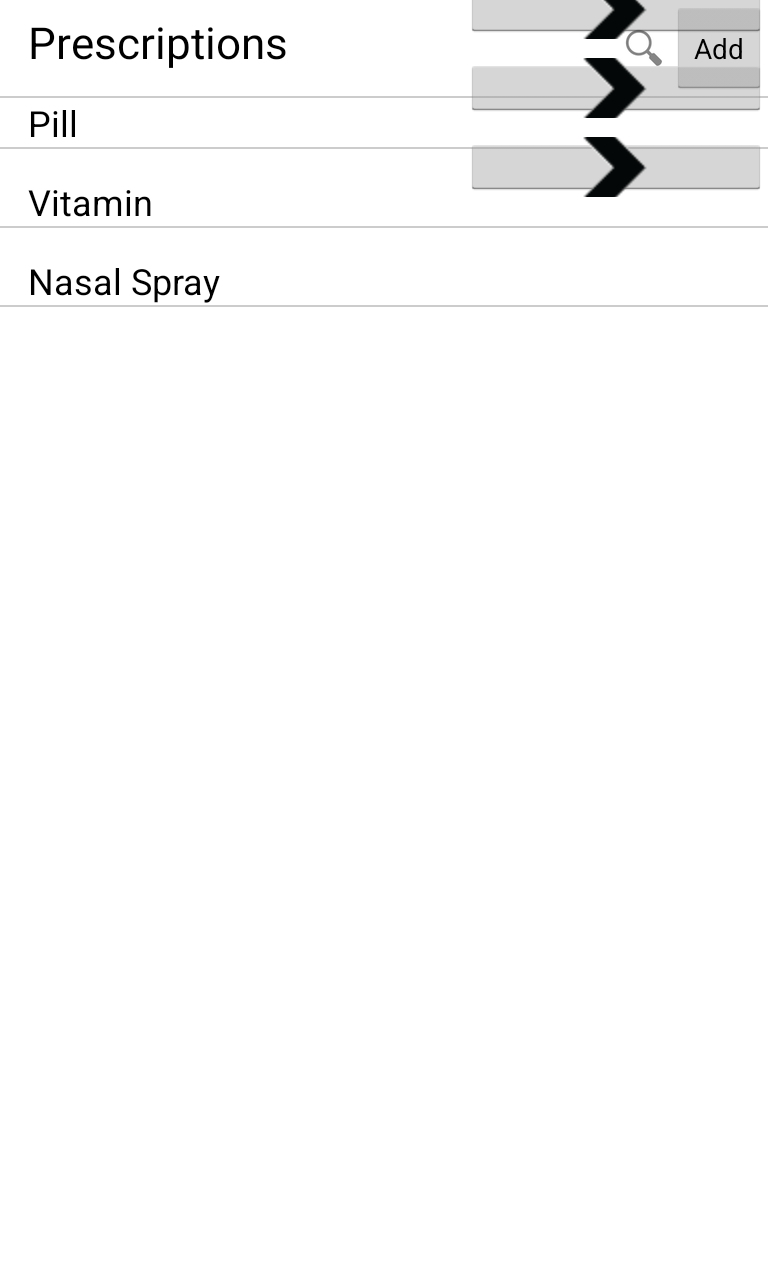
Repository: ranika/pilltracker
Layout: PillTracker/res/layout/fragment_prescription.xml
The author's editor kept a copy of each file at every save. The layout is drawn from the files as they stood at one save, then again after the next save.
It is drawn on a 768 x 1280 px phone screen (xhdpi) without system bars, with theme AppTheme; the app's code is not run.

Above is the layout before, as saved 2014-04-10 03:50:54.

### PillTracker/res/layout/fragment_prescription.xml
<RelativeLayout xmlns:android="http://schemas.android.com/apk/res/android"
    android:layout_width="fill_parent"
    android:layout_height="fill_parent" >

    <Button
        android:id="@+id/button1"
        style="?android:attr/buttonStyleSmall"
        android:layout_width="wrap_content"
        android:layout_height="wrap_content"
        android:layout_alignParentRight="true"
        android:layout_alignParentTop="true"
        android:text="@string/add" />

    <View
        android:id="@+id/view1"
        android:layout_width="fill_parent"
        android:layout_height="1dp"
        android:layout_alignParentLeft="true"
        android:layout_below="@+id/button1"
        android:background="@color/black"
        android:paddingTop="20dp" />

    <SearchView
        android:id="@+id/searchView1"
        android:layout_width="wrap_content"
        android:layout_height="wrap_content"
        android:layout_alignParentRight="true"
        android:layout_alignParentTop="true"
        android:layout_marginRight="34dp" >
    </SearchView>

    <View
        android:layout_width="fill_parent"
        android:layout_height="1dp"
        android:layout_alignParentLeft="true"
        android:layout_below="@+id/textView1"
        android:background="@color/black"
        android:paddingTop="20dp" />

    <TextView
        android:id="@+id/textView2"
        android:layout_width="wrap_content"
        android:layout_height="wrap_content"
        android:layout_alignBaseline="@+id/button1"
        android:layout_alignBottom="@+id/button1"
        android:layout_alignLeft="@+id/textView1"
        android:text="@string/prescriptions"
        android:textAppearance="?android:attr/textAppearanceLarge" />

    <TextView
        android:id="@+id/textView1"
        android:layout_width="wrap_content"
        android:layout_height="wrap_content"
        android:layout_alignParentLeft="true"
        android:layout_below="@+id/view1"
        android:layout_marginLeft="14dp"
        android:text="@string/pill"
        android:textAppearance="?android:attr/textAppearanceMedium" />

    <Button
        android:id="@+id/button2"
        android:layout_width="wrap_content"
        android:layout_height="30dp"
        android:layout_alignBaseline="@+id/textView1"
        android:layout_alignBottom="@+id/textView1"
        android:layout_alignParentRight="true"
        android:drawableRight="@drawable/arrow_right" />

    <TextView
        android:id="@+id/textView3"
        android:layout_width="wrap_content"
        android:layout_height="wrap_content"
        android:layout_alignLeft="@+id/textView1"
        android:layout_below="@+id/textView1"
        android:layout_marginTop="15dp"
        android:text="@string/vitamin"
        android:textAppearance="?android:attr/textAppearanceMedium" />

    <View
        android:layout_width="fill_parent"
        android:layout_height="1dp"
        android:layout_alignParentLeft="true"
        android:layout_below="@+id/textView3"
        android:background="@color/black"
        android:paddingTop="20dp" />

    <TextView
        android:id="@+id/textView4"
        android:layout_width="wrap_content"
        android:layout_height="wrap_content"
        android:layout_alignLeft="@+id/textView3"
        android:layout_below="@+id/textView3"
        android:layout_marginTop="15dp"
        android:text="@string/nasal"
        android:textAppearance="?android:attr/textAppearanceMedium" />

    <View
        android:layout_width="fill_parent"
        android:layout_height="1dp"
        android:layout_alignParentLeft="true"
        android:layout_below="@+id/textView4"
        android:background="@color/black"
        android:paddingTop="20dp" />

    <Button
        android:id="@+id/button3"
        android:layout_width="wrap_content"
        android:layout_height="30dp"
        android:layout_alignBaseline="@+id/textView3"
        android:layout_alignBottom="@+id/textView3"
        android:layout_alignParentRight="true"
        android:drawableRight="@drawable/arrow_right" />

    <Button
        android:id="@+id/button4"
        android:layout_width="wrap_content"
        android:layout_height="30dp"
        android:layout_alignBaseline="@+id/textView4"
        android:layout_alignBottom="@+id/textView4"
        android:layout_alignParentRight="true"
        android:drawableRight="@drawable/arrow_right" />


</RelativeLayout>

### PillTracker/res/values/strings.xml
<?xml version="1.0" encoding="utf-8"?>
<resources>

    <string name="app_name">Pill Tracker</string>
    <string name="med_log">Medication Log</string>
    <string name="prescriptions">Prescriptions</string>
    <string name="reminders">Reminders</string>
    <string name="doctors">Doctors</string>
    <string name="pharmacies">Pharmacies</string>
    <string name="notes">Notes</string>
    <string name="settings">Settings</string>
    <color name="black">#CCCCCC</color>
    <string name="title_activity_med_log">Medication Log</string>
    <string name="today">Today</string>
    <string name="ten_am">10 AM</string>
    <string name="pill">Pill</string>
    <string name="vitamin">Vitamin</string>
    <string name="ten_pm">10 PM</string>
    <string name="nasal">Nasal Spray</string>
    <string name="title_activity_prescription">Prescriptions</string>
    <string name="add">Add</string>

</resources>

Loaded but not shown: PillTracker/res/values/styles.xml (common file); PillTracker/res/values-v11/styles.xml (common file); PillTracker/res/values-v14/styles.xml (common file)

After the next save:
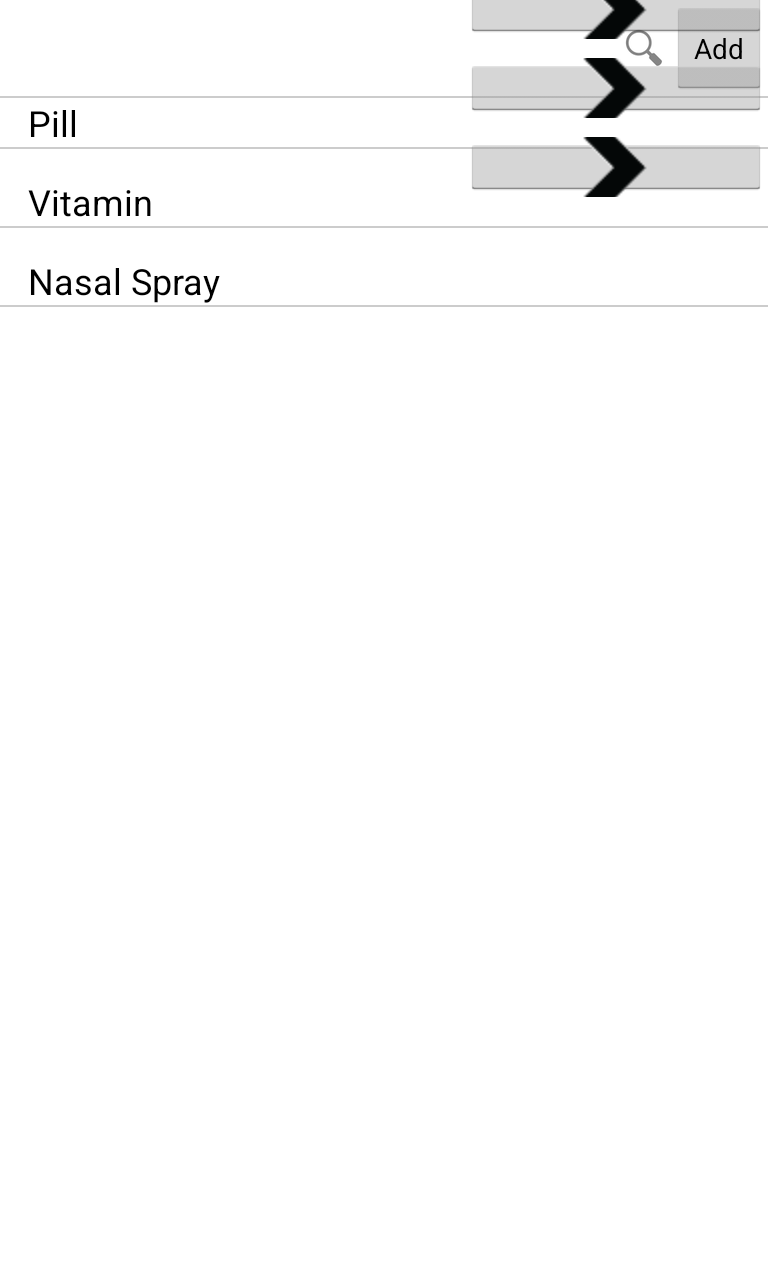
Saved 19 s later.
--- a/PillTracker/res/layout/fragment_prescription.xml
+++ b/PillTracker/res/layout/fragment_prescription.xml
@@ -36,16 +36,6 @@
         android:layout_below="@+id/textView1"
         android:background="@color/black"
         android:paddingTop="20dp" />
-
-    <TextView
-        android:id="@+id/textView2"
-        android:layout_width="wrap_content"
-        android:layout_height="wrap_content"
-        android:layout_alignBaseline="@+id/button1"
-        android:layout_alignBottom="@+id/button1"
-        android:layout_alignLeft="@+id/textView1"
-        android:text="@string/prescriptions"
-        android:textAppearance="?android:attr/textAppearanceLarge" />
 
     <TextView
         android:id="@+id/textView1"

After the save that followed:
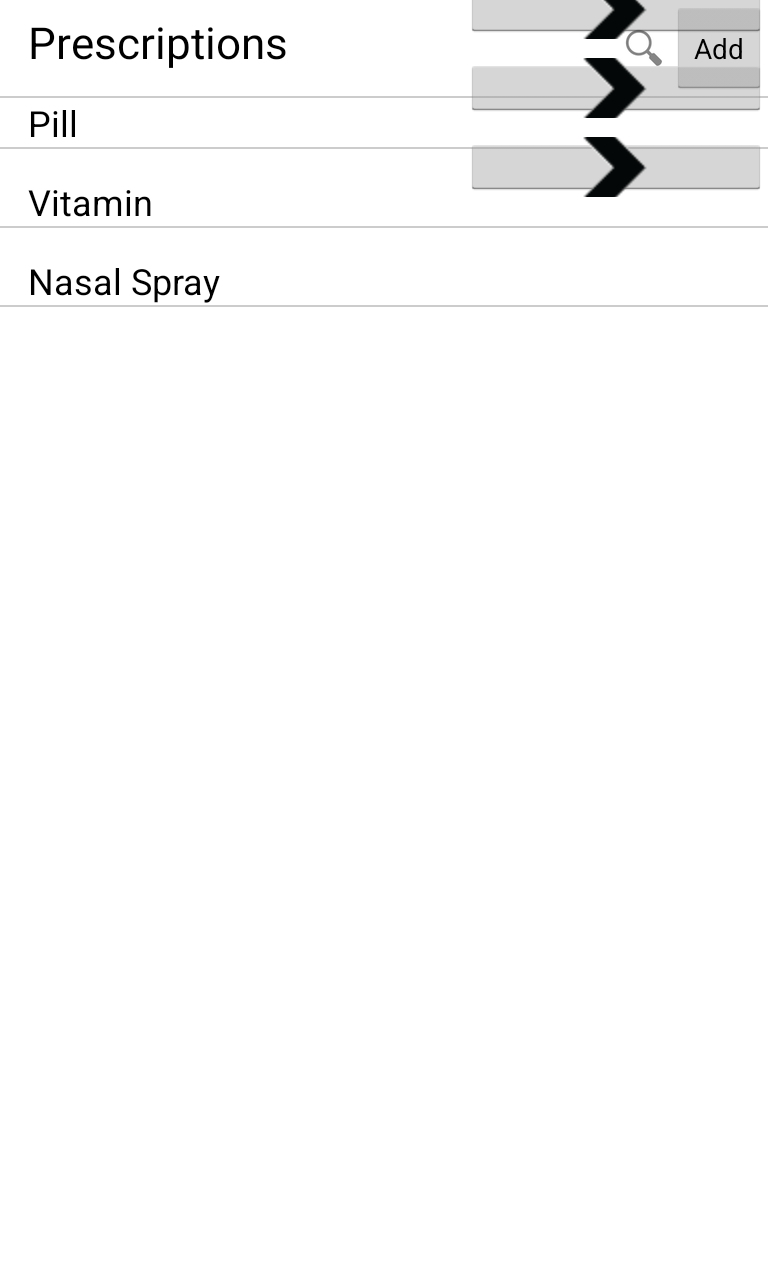
Saved 5 s later.
--- a/PillTracker/res/layout/fragment_prescription.xml
+++ b/PillTracker/res/layout/fragment_prescription.xml
@@ -36,6 +36,16 @@
         android:layout_below="@+id/textView1"
         android:background="@color/black"
         android:paddingTop="20dp" />
+
+    <TextView
+        android:id="@+id/textView2"
+        android:layout_width="wrap_content"
+        android:layout_height="wrap_content"
+        android:layout_alignBaseline="@+id/button1"
+        android:layout_alignBottom="@+id/button1"
+        android:layout_alignLeft="@+id/textView1"
+        android:text="@string/prescriptions"
+        android:textAppearance="?android:attr/textAppearanceLarge" />
 
     <TextView
         android:id="@+id/textView1"
